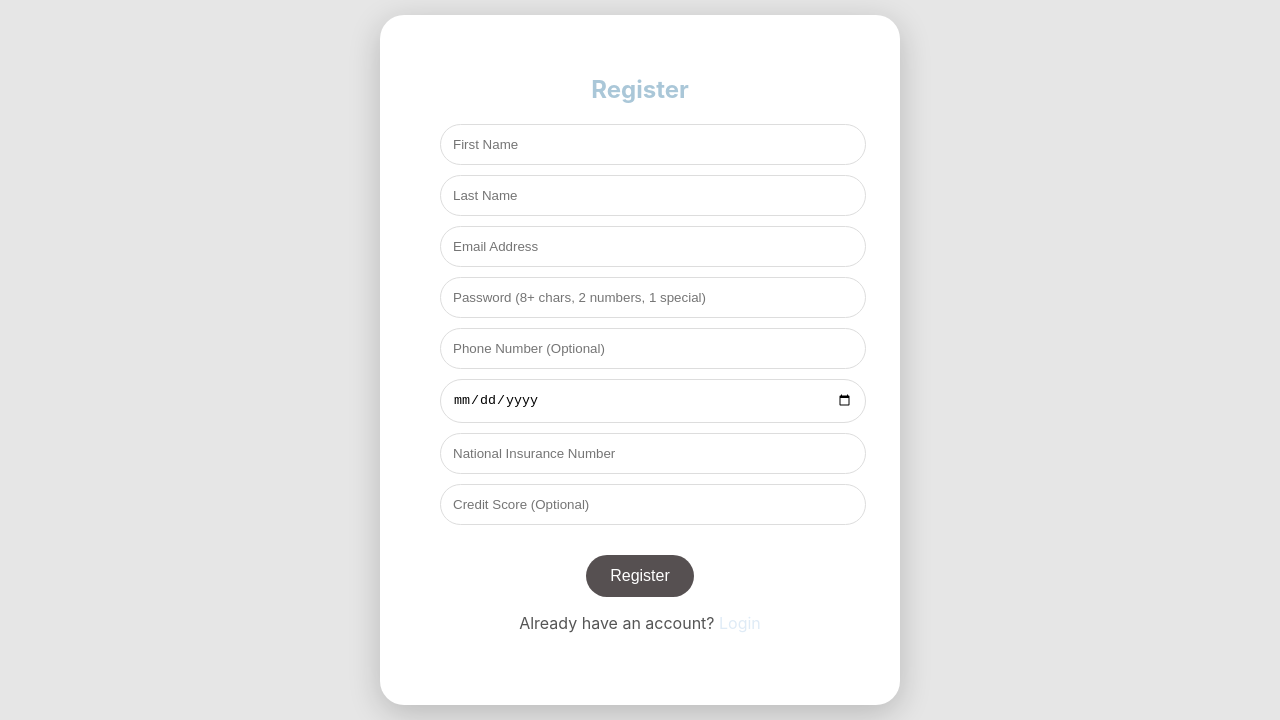
Repository: aab232/https---github.com-aab232-Deferred-Payment-Platform
Page: /register (app in frontend/)
An editor plug-in stored every save of this project. The page is shown before and after the next save, followed by the edit.
The browser window is 1280 px wide. The pictures show the whole page.
The pointer rests on the first visible `.btn`.
The project was rebuilt for these pictures with package versions that can differ from the ones it lists, and the page was loaded fresh each time. Also part of the build but not shown: frontend/src/components/Home.js, frontend/src/components/Login.js.

Above is the page before, as saved 2025-03-18 00:59:50.

After the next save:
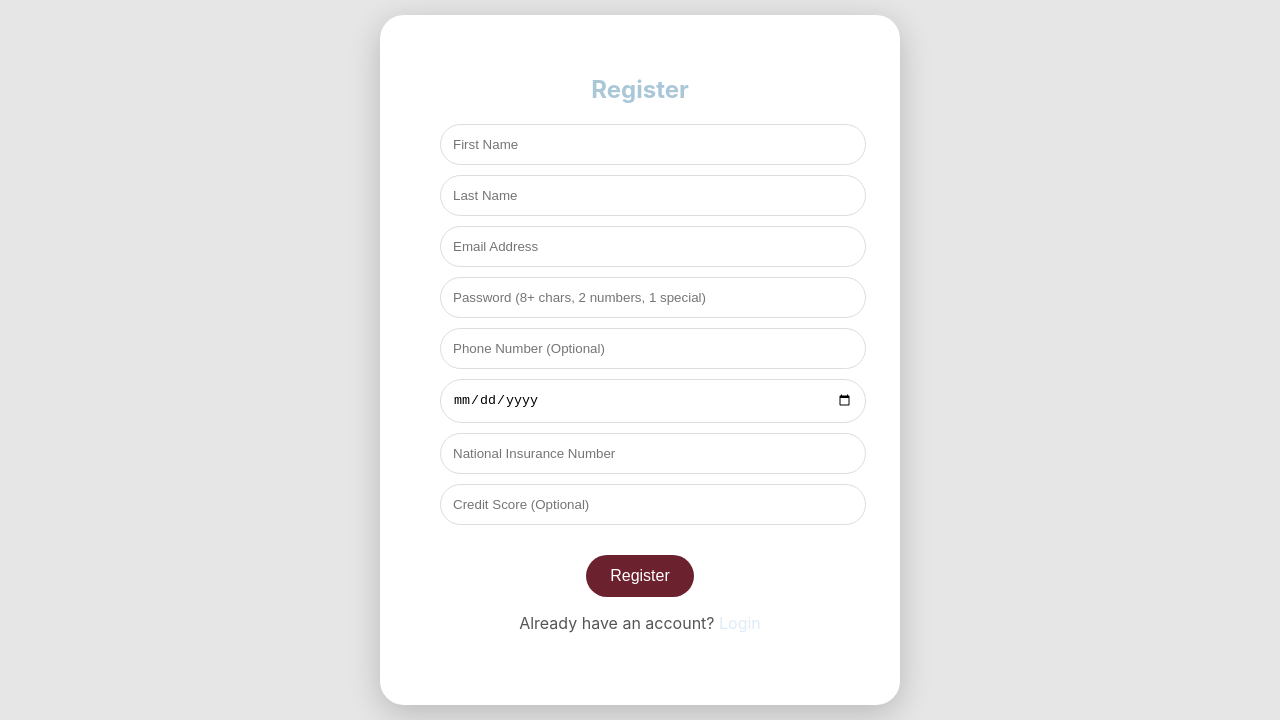
Saved 11 s later.
--- a/frontend/src/components/Form.css
+++ b/frontend/src/components/Form.css
@@ -41,7 +41,7 @@
   }
 
   .btn:hover {
-    background: #565051;
+    background: #6b212e;
   }
 
   .link {
